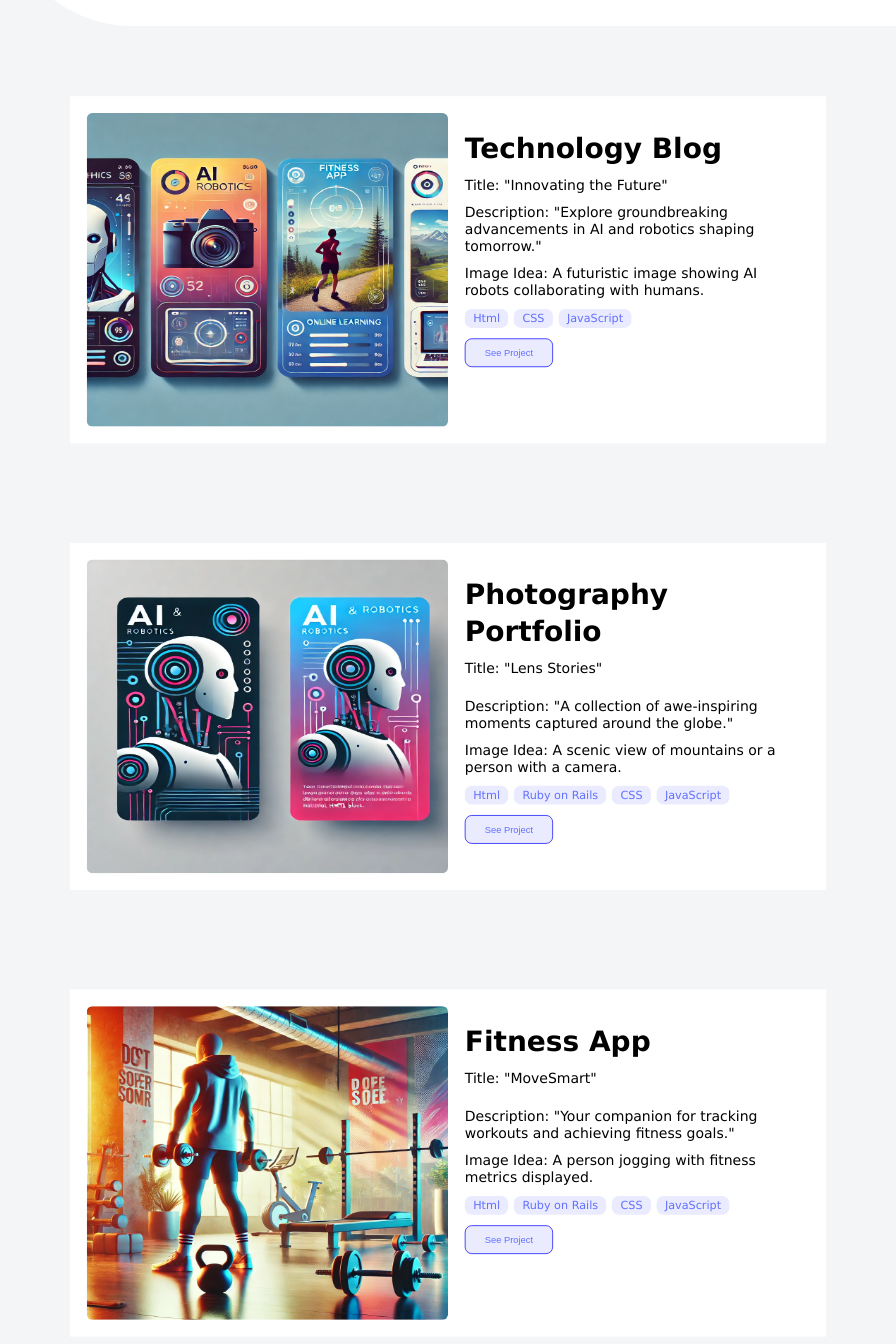
Repository: usman3123/portfolio-template-3
Page: portfolio.html
An editor plug-in stored every save of this project. The page is shown before and after the next save, followed by the edit.
The browser window is 1280 px wide. The pictures show the part of the page from y = 809 to 2729 px (the page is 3456 px tall), at 70% of full size.
Some web libraries are served in a nearby version.

Above is the page before, as saved 2025-01-25 13:25:50.

After the next save:
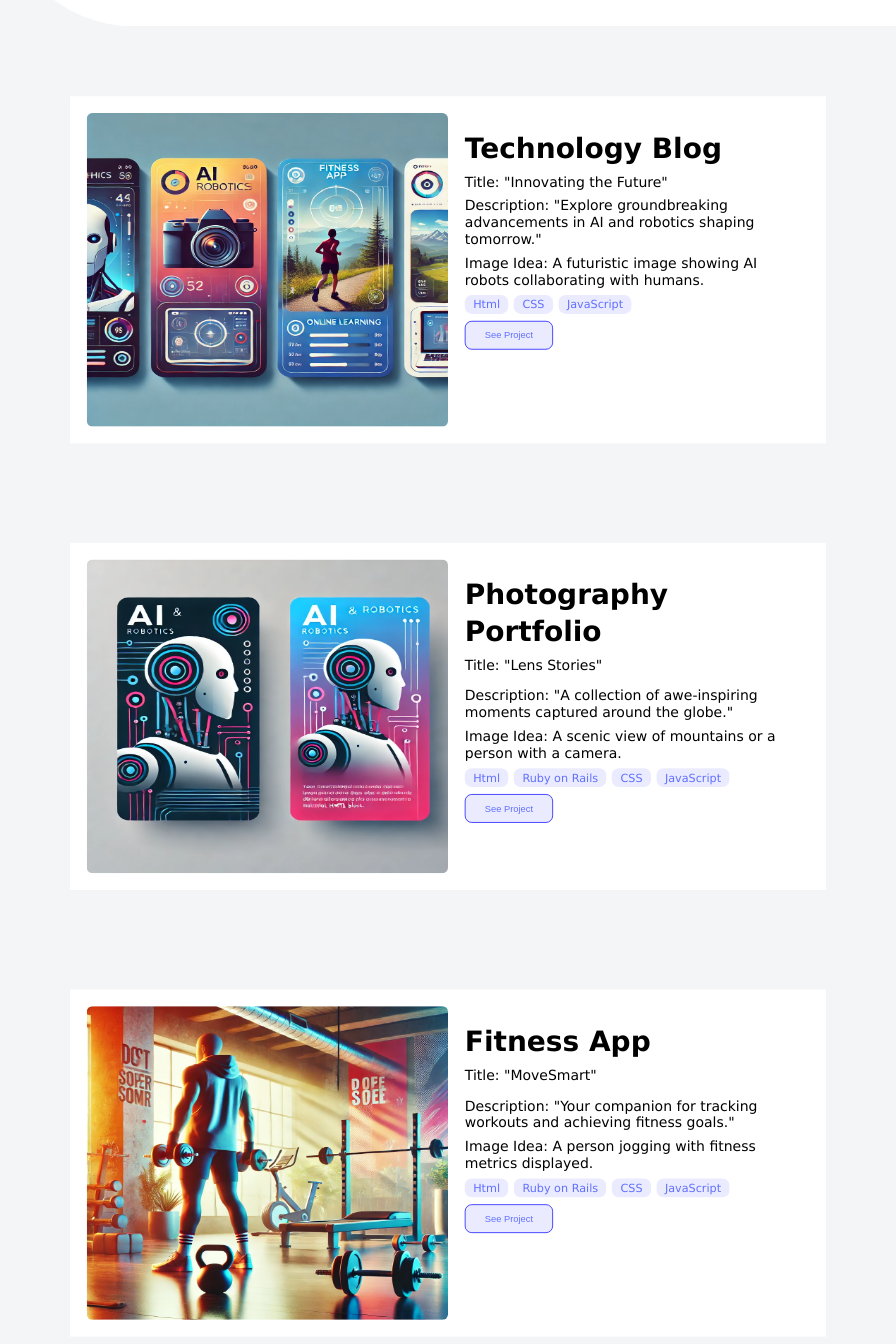
Saved 14 s later.
--- a/style.css
+++ b/style.css
@@ -193,6 +193,6 @@ body {
 }
 @media (max-width : 1440px) {
     .card-content {
-        gap: 15px;
+        gap: 10px;
     }
 }
